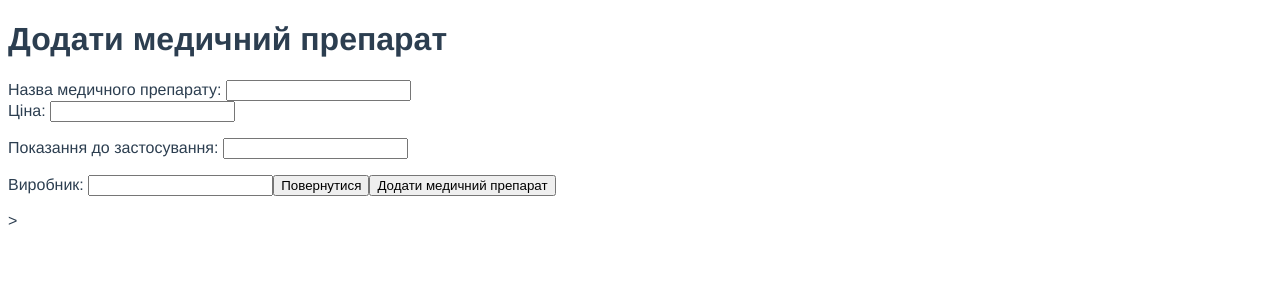
Repository: kristinap8/pharmacy
Page: /add_medicine
These files come from the project's save history. The page is drawn as it stood at one moment and after the next save; the edit follows.
The browser window is 1280 px wide. The pictures show the whole page.
The project was rebuilt for these pictures with package versions that can differ from the ones it lists, and the page was loaded fresh each time. Also part of the build but not shown: src/components/EditMedicineForm/index.vue, src/pages/EditMedicine/index.vue, src/components/MedicinesList/MedicineCard/index.vue, src/components/MedicinesList/index.vue, src/pages/AllMedicines/index.vue, src/components/CartForm/index.vue, src/pages/Cart/index.vue.

Above is the page before, as saved 2020-12-09 23:10:16.

After the next save:
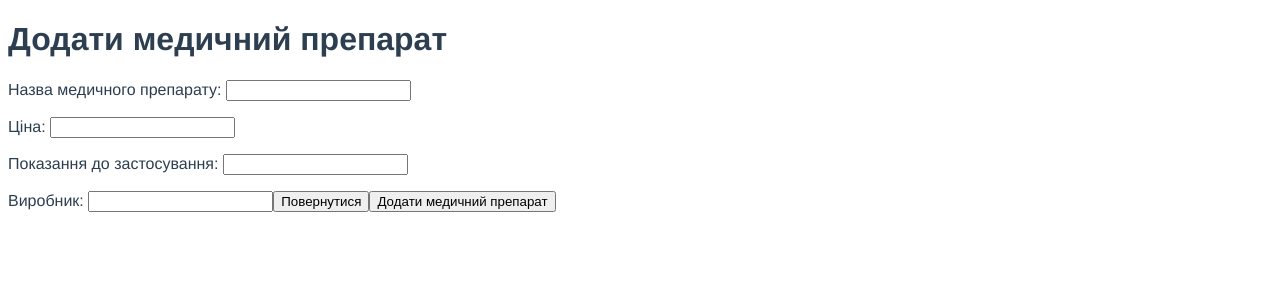
Saved 44 s later.
--- a/src/components/AddMedicineForm/index.vue
+++ b/src/components/AddMedicineForm/index.vue
@@ -1,18 +1,18 @@
 <template>
     <div>
         <h1>Додати медичний препарат</h1>
-    <div>
+    <p>
     <label>
         Назва медичного препарату:
         <input type="text" v-model="name"/>
     </label>
-    </div>
-    <div>
+    </p>
+    <p>
     <label>
         Ціна:
         <input type="number" v-model="price"/>
     </label>
-    </div>
+    </p>
     <p>
     <label>
         Показання до застосування:
@@ -28,7 +28,7 @@
     <button @click="onAddMedicine" >
         Додати медичний препарат
     </button>
-    </p>>
+    </p>
     </div>
 </template>
 
